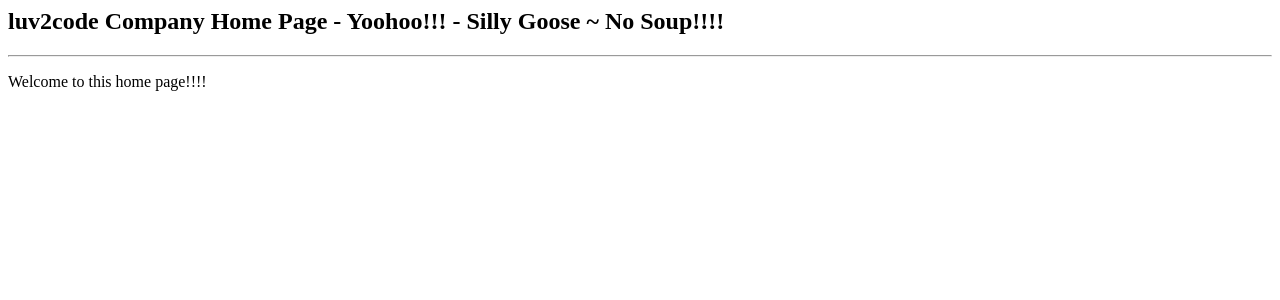
Repository: JT12s/Ecllipse-SpringPrcaticeProject
Page: http://localhost/spring-security-demo-05-logout/
The author's editor kept a copy of each file at every save. The page is drawn from the files as they stood at one save, then again after the next save.
The browser window is 1280 px wide. The pictures show the whole page.
The page is served by Tomcat 9. Other server files are loaded and not shown.

Above is the page before, as saved 2022-08-06 23:59:04.

### spring-security-demo-05-logout/src/main/webapp/WEB-INF/view/home.jsp
<%@ taglib prefix="form" uri="http://www.springframework.org/tags/form" %>

<html>

<head>

	<title>luv2code Company Home Page</title>
</head>

<body>
	<h2>luv2code Company Home Page - Yoohoo!!! - Silly Goose ~ No Soup!!!!</h2>
	<hr>

	<p>
	Welcome to this home page!!!!
	</p>


	<!-- Add a logout button -->
	<form:form action="${pageContext.request.contextPath }/logout" method="POST">

	</form:form>
</body>

</html>

After the next save:
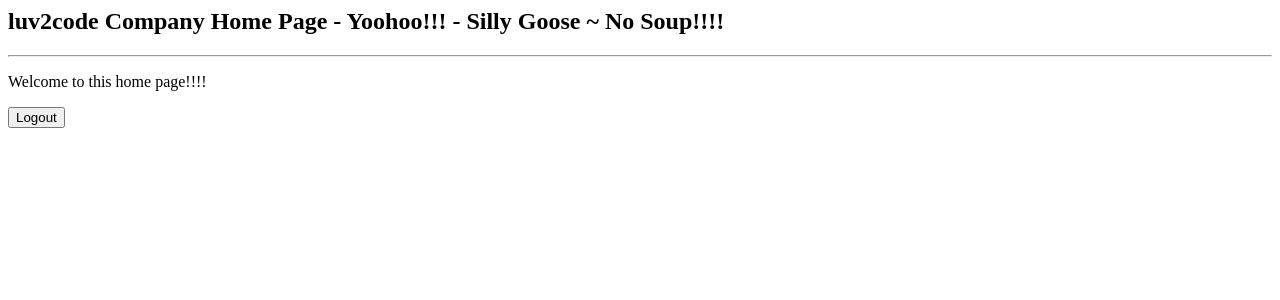
Saved 24 s later.
--- a/spring-security-demo-05-logout/src/main/webapp/WEB-INF/view/home.jsp
+++ b/spring-security-demo-05-logout/src/main/webapp/WEB-INF/view/home.jsp
@@ -18,7 +18,7 @@
 
 	<!-- Add a logout button -->
 	<form:form action="${pageContext.request.contextPath }/logout" method="POST">
-
+		<input type="submit" value="Logout" />
 	</form:form>
 </body>
 
